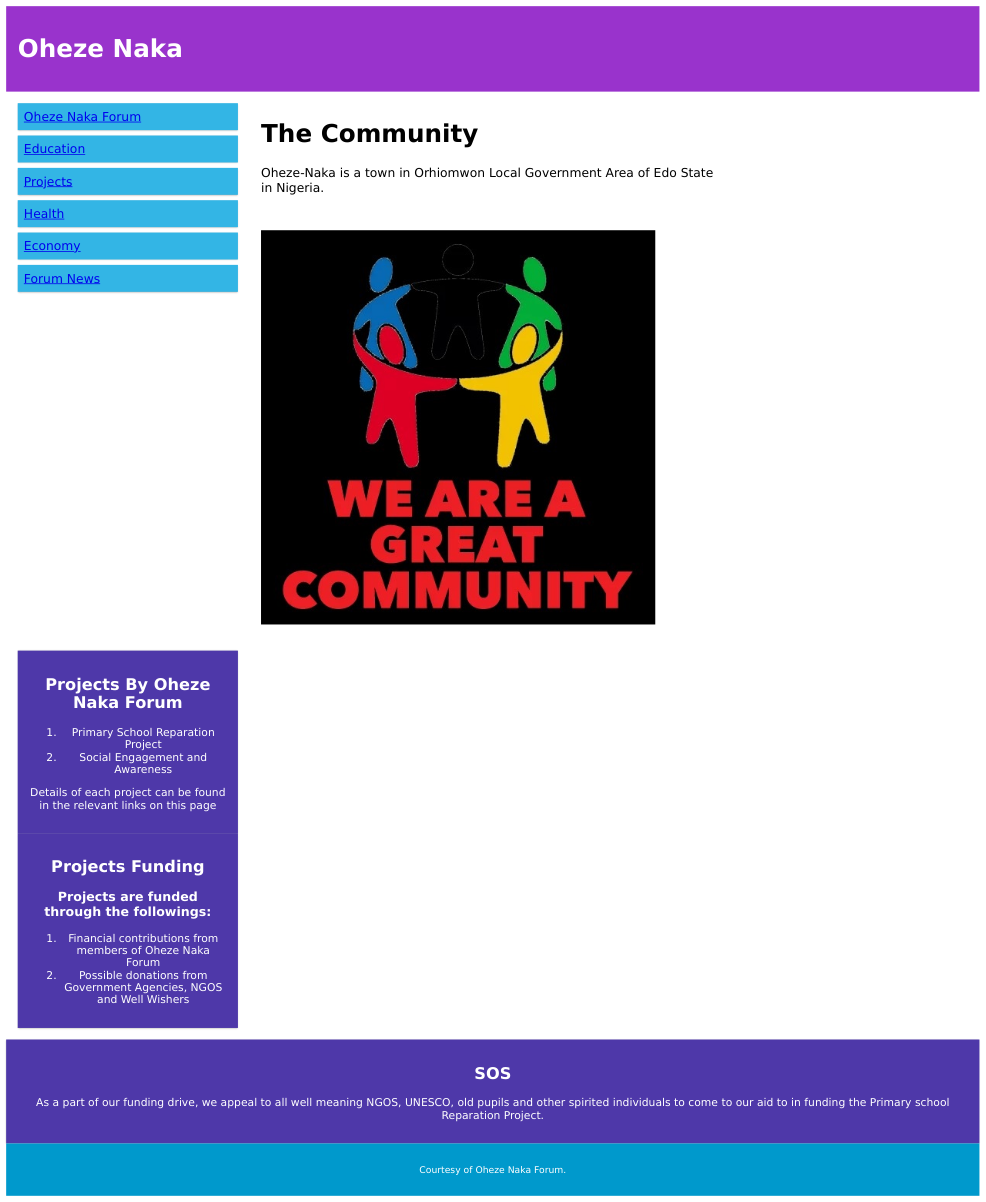
Repository: OtasowieRotimiOsifo/oheze-naka-forum
Page: economy.html
The author's editor kept a copy of each file at every save. The page is drawn from the files as they stood at one save, then again after the next save.
The browser window is 1280 px wide. The pictures show the whole page, at 77% of full size.

Above is the page before, as saved 2021-03-28 15:09:47.

After the next save:
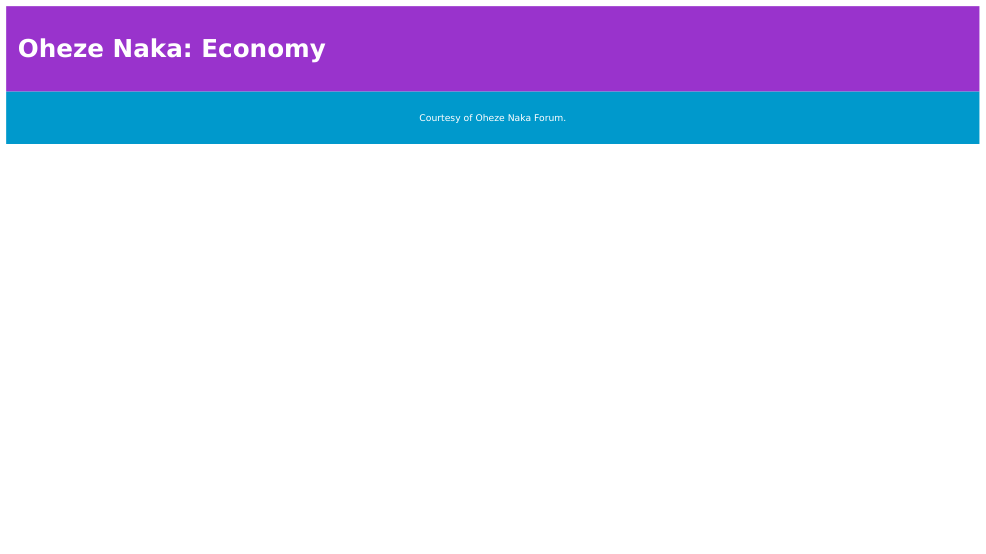
Saved 4 min 21 s later.
--- a/economy.html
+++ b/economy.html
@@ -105,56 +105,10 @@ html {
 <body>
 
 <div class="header">
-  <h1>Oheze Naka</h1>
+  <h1>Oheze Naka: Economy</h1>
 </div>
 
-<div class="row">
-  <div class="col-3 col-s-3 menu">
-    <nav>
-    <ul>
-      <li><a href="oheze_naka_forum.html">Oheze Naka Forum</a></li>
-      <li><a href="adolor.html">Education</a></li>
-      <li><a href="projects.html">Projects</a></li>
-      <li><a href="maternity.html">Health</a></li>
-      <li><a href="economy.html">Economy</a></li>
-      <li><a href="activities.html">Forum News</a></li>
-    </ul>
-  </nav>
-  </div>
-    <div class="col-6 col-s-9">
-    <h1>The Community</h1>
-    <p>Oheze-Naka is a town in Orhiomwon Local Government Area of Edo State in Nigeria.</p>
-  </div>
-    <div class="col-8 col-s-12">
-        <img src="img/community-sticker.jpg"/>
-    </div>
-  <div class="col-3 col-s-12">
-    <div class="aside">
-      <h2>Projects By Oheze Naka Forum</h2>
-      <ol>
-        <li>Primary School Reparation Project</li>
-        <li>Social Engagement and Awareness</li>
-      </ol>
-      <p>Details of each project can be found in the relevant links on this page</p>
-    </div>
-    <div class="aside">
-      <h2>Projects Funding</h2>
-      <h3> Projects are funded through the followings: </h3>
-      <ol>
-        <li>Financial contributions from members of Oheze Naka Forum</li>
-        <li>Possible donations from Government Agencies, NGOS and Well Wishers</li>
-      </ol>
-    </div>
-</div>
-</div>
-<div class="row">
-    <div class="aside">
-      <h2>SOS</h2>
-      <p>As a part of our funding drive, we appeal to all well meaning
-        NGOS, UNESCO, old pupils and other spirited individuals to come to our aid to
-        in funding the Primary school Reparation Project.</p>
-  </div>
-</div>
+
 <div class="footer">
   <p>Courtesy of Oheze Naka Forum.</p>
 </div>
